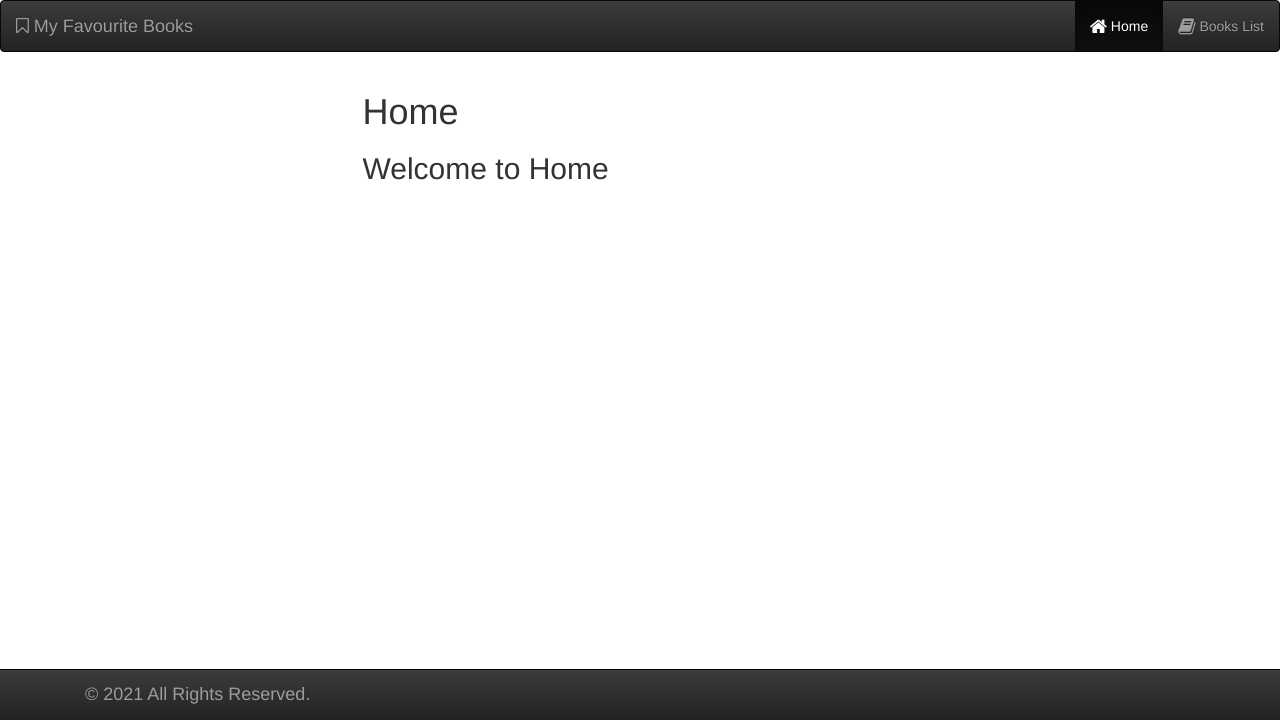
Repository: daviccarvalho/COMP229-M2021-Midterm-301154671
Page: http://localhost/
An editor plug-in stored every save of this project. The page is shown before and after the next save, followed by the edit.
The browser window is 1280 px wide. The pictures show the whole page.
The page is served by the project's Node server (server.js). Other server files are loaded and not shown.

Above is the page before, as saved 2021-06-22 18:46:52.

### server/views/content/index.ejs
<!--
Web App Name: Favourite Book List
Student Name: Davi Cavalcante de Carvalho
Student id# 301154671
June 22, 2021
-->
<%- include('../partials/header.ejs'); %>

    <!-- MAIN CONTENT -->
    <div class="container">
      <div class="row">
        <div class="col-md-offset-3 col-md-6">
          <h1><%= title %></h1>
            <h2>Welcome to <%= title %></h2>
        </div>
      </div>
    </div>

<%- include('../partials/footer.ejs'); %>

### server/views/partials/header.ejs
<!--
Web App Name: Favourite Book List
Student Name: Davi Cavalcante de Carvalho
Student id# 301154671
June 22, 2021
-->
<!DOCTYPE html>
<html lang="en">
  <head>
    <meta charset="utf-8">
    <meta name="viewport" content="width=device-width, initial-scale=1">
    <title><%= title %></title>
    <!-- CSS SECTION -->
    <link rel="stylesheet" href="/Scripts/lib/bootstrap/dist/css/bootstrap.min.css">
    <link rel="stylesheet" href="/Scripts/lib/bootstrap/dist/css/bootstrap-theme.min.css">
    <link rel="stylesheet" href="/Scripts/lib/font-awesome/css/font-awesome.min.css">
    <link rel="stylesheet" href="/@fortawesome/fontawesome-free/css/all.min.css">
    <link rel='stylesheet' href='/Content/app.css' />
  </head>
  <body>

  <nav class="navbar navbar-inverse" role="navigation">
    <!-- Brand and toggle get grouped for better mobile display -->
    <div class="navbar-header">
      <button type="button" class="navbar-toggle" data-toggle="collapse" data-target=".navbar-ex1-collapse">
        <span class="sr-only">Toggle navigation</span>
        <span class="icon-bar"></span>
        <span class="icon-bar"></span>
        <span class="icon-bar"></span>
      </button>
      <a class="navbar-brand" href="/"><i class="fa fa-bookmark-o"></i> My Favourite Books</a>
    </div>

    <!-- Collect the nav links, forms, and other content for toggling -->
    <div class="collapse navbar-collapse navbar-ex1-collapse">
      <ul class="nav navbar-nav navbar-right">
        <% if(title == "Home") { %>
          <li class="active"><a href="/"><i class="fa fa-home fa-lg"></i> Home</a></li>
        <% } else { %>
          <li><a href="/"><i class="fa fa-home fa-lg"></i> Home</a></li>
        <% } %>

          <% if(title == "books") { %>
          <li class="active"><a href="/books"><i class="fa fa-book fa-lg">
          </i> Books List</a></li>
          <% } else { %>
            <li><a href="/books"><i class="fa fa-book fa-lg">
            </i> Books List</a></li>
          <% } %>

      </ul>
    </div><!-- /.navbar-collapse -->
  </nav>

### server/views/partials/footer.ejs
<!--
Web App Name: Favourite Book List
Student Name: Davi Cavalcante de Carvalho
Student id# 301154671
June 22, 2021
-->
<nav class="navbar navbar-inverse navbar-fixed-bottom">
  <div class="container">
    <h4  class="navbar-text">&copy; 2021 All Rights Reserved.</h4>
  </div>
</nav>



<!-- JAVASCRIPT SECTION -->
    <script src="/Scripts/lib/jquery/dist/jquery.min.js"></script>
    <script src="/Scripts/lib/bootstrap/dist/js/bootstrap.min.js"></script>
    <script src="/Scripts/app.js"></script>
  </body>
</html>

### server.js
/*
Web App Name: Favourite Book List
Student Name: Davi Cavalcante de Carvalho
Student id# 301154671
June 22, 2021*/

let app = require('./server/config/app');
let debug = require('debug')('comp308-w2019-midterm:server');
let http = require('http');

/**
 * Get port from environment and store in Express.
 */

let port = normalizePort(process.env.PORT || '3000');
app.set('port', port);

/**
 * Create HTTP server.
 */

let server = http.createServer(app);

/**
 * Listen on provided port, on all network interfaces.
 */

server.listen(port);
server.on('error', onError);
server.on('listening', onListening);

/**
 * Normalize a port into a number, string, or false.
 */

function normalizePort(val) {
  let port = parseInt(val, 10);

  if (isNaN(port)) {
    // named pipe
    return val;
  }

  if (port >= 0) {
    // port number
    return port;
  }

  return false;
}

/**
 * Event listener for HTTP server "error" event.
 */

function onError(error) {
  if (error.syscall !== 'listen') {
    throw error;
  }

  let bind = typeof port === 'string'
    ? 'Pipe ' + port
    : 'Port ' + port;

  // handle specific listen errors with friendly messages
  switch (error.code) {
    case 'EACCES':
      console.error(bind + ' requires elevated privileges');
      process.exit(1);
      break;
    case 'EADDRINUSE':
      console.error(bind + ' is already in use');
      process.exit(1);
      break;
    default:
      throw error;
  }
}

/**
 * Event listener for HTTP server "listening" event.
 */

function onListening() {
  let addr = server.address();
  let bind = typeof addr === 'string'
    ? 'pipe ' + addr
    : 'port ' + addr.port;
  debug('Listening on ' + bind);
}

### server/routes/index.js
/*
Web App Name: Favourite Book List
Student Name: Davi Cavalcante de Carvalho
Student id# 301154671
June 22, 2021
*/
// modules required for routing
let express = require('express');
let router = express.Router();
let mongoose = require('mongoose');

// define the book model
let book = require('../models/books');

/* GET home page. wildcard */
router.get('/', (req, res, next) => {
  res.render('content/index', {
    title: 'Home',
    books: ''
   });
});

module.exports = router;

### client/Scripts/app.js
/* custom JS goes here */

/* pagination code from http://www.bootply.com/lxa0FF9yhw */
$.fn.pageMe = function(opts){
    var $this = this,
        defaults = {
            perPage: 7,
            showPrevNext: false,
            hidePageNumbers: false
        },
        settings = $.extend(defaults, opts);

    var listElement = $this;
    var perPage = settings.perPage;
    var children = listElement.children();
    var pager = $('.pager');

    if (typeof settings.childSelector!="undefined") {
        children = listElement.find(settings.childSelector);
    }

    if (typeof settings.pagerSelector!="undefined") {
        pager = $(settings.pagerSelector);
    }

    var numItems = children.size();
    var numPages = Math.ceil(numItems/perPage);

    pager.data("curr",0);

    if (settings.showPrevNext){
        $('<li><a href="#" class="prev_link">«</a></li>').appendTo(pager);
    }

    var curr = 0;
    while(numPages > curr && (settings.hidePageNumbers==false)){
        $('<li><a href="#" class="page_link">'+(curr+1)+'</a></li>').appendTo(pager);
        curr++;
    }

    if (settings.showPrevNext){
        $('<li><a href="#" class="next_link">»</a></li>').appendTo(pager);
    }

    pager.find('.page_link:first').addClass('active');
    pager.find('.prev_link').hide();
    if (numPages<=1) {
        pager.find('.next_link').hide();
    }
  	pager.children().eq(1).addClass("active");

    children.hide();
    children.slice(0, perPage).show();

    pager.find('li .page_link').click(function(){
        var clickedPage = $(this).html().valueOf()-1;
        goTo(clickedPage,perPage);
        return false;
    });
    pager.find('li .prev_link').click(function(){
        previous();
        return false;
    });
    pager.find('li .next_link').click(function(){
        next();
        return false;
    });

    function previous(){
        var goToPage = parseInt(pager.data("curr")) - 1;
        goTo(goToPage);
    }

    function next(){
        goToPage = parseInt(pager.data("curr")) + 1;
        goTo(goToPage);
    }

    function goTo(page){
        var startAt = page * perPage,
            endOn = startAt + perPage;

        children.css('display','none').slice(startAt, endOn).show();

        if (page>=1) {
            pager.find('.prev_link').show();
        }
        else {
            pager.find('.prev_link').hide();
        }

        if (page<(numPages-1)) {
            pager.find('.next_link').show();
        }
        else {
            pager.find('.next_link').hide();
        }

        pager.data("curr",page);
      	pager.children().removeClass("active");
        pager.children().eq(page+1).addClass("active");

    }
};

// IIFE
(function(){
  $(".btn-danger").click(function(event){
    if(!confirm("Are you sure?")) {
      event.preventDefault();
      window.location.assign("/books");
    }
  });

 /* pagination code */
  $('#myTable').pageMe(
    {pagerSelector:'#myPager',showPrevNext:true,hidePageNumbers:false,perPage:6}
    );
})();

Loaded but not shown: client/Scripts/lib/bootstrap/dist/css/bootstrap.min.css (library); client/Scripts/lib/bootstrap/dist/css/bootstrap-theme.min.css (library); client/Scripts/lib/font-awesome/css/font-awesome.min.css (library); client/Content/app.css (common file); client/Scripts/lib/jquery/dist/jquery.min.js (library); client/Scripts/lib/bootstrap/dist/js/bootstrap.min.js (library)

After the next save:
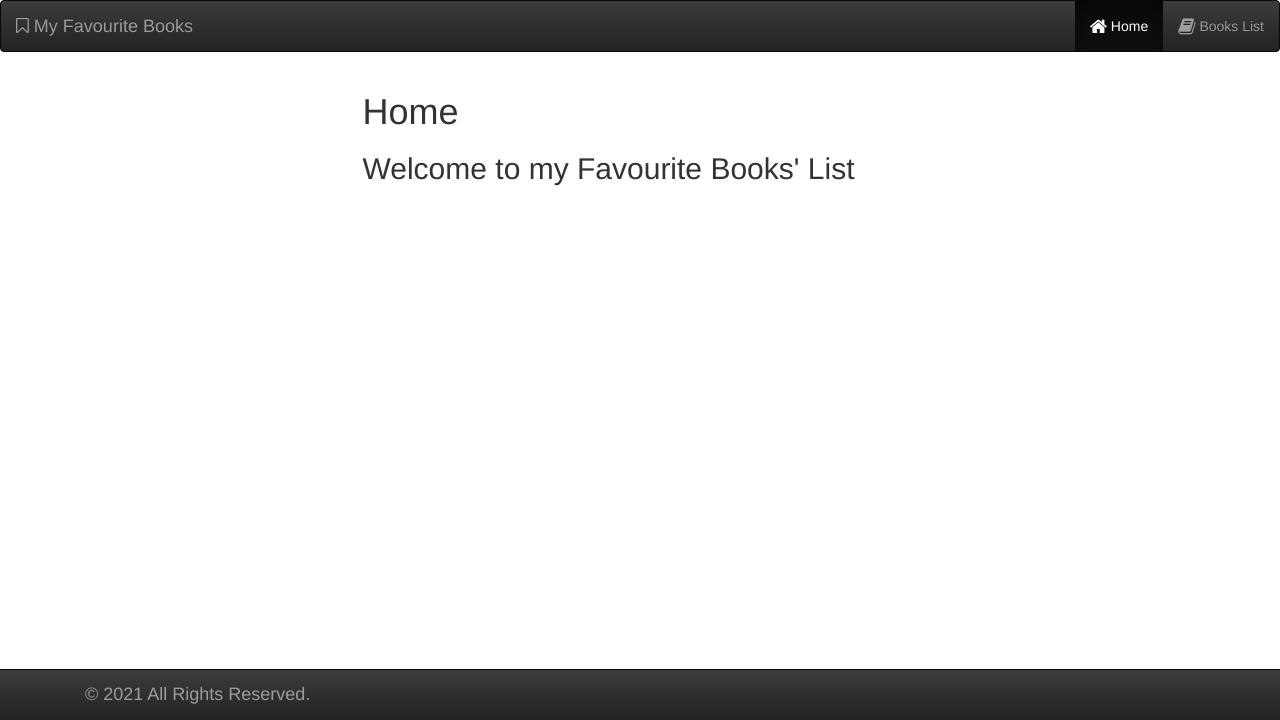
Saved 11 min 48 s later.
--- a/server/views/content/index.ejs
+++ b/server/views/content/index.ejs
@@ -11,7 +11,7 @@ June 22, 2021
       <div class="row">
         <div class="col-md-offset-3 col-md-6">
           <h1><%= title %></h1>
-            <h2>Welcome to <%= title %></h2>
+            <h2>Welcome to my Favourite Books' List</h2>
         </div>
       </div>
     </div>
